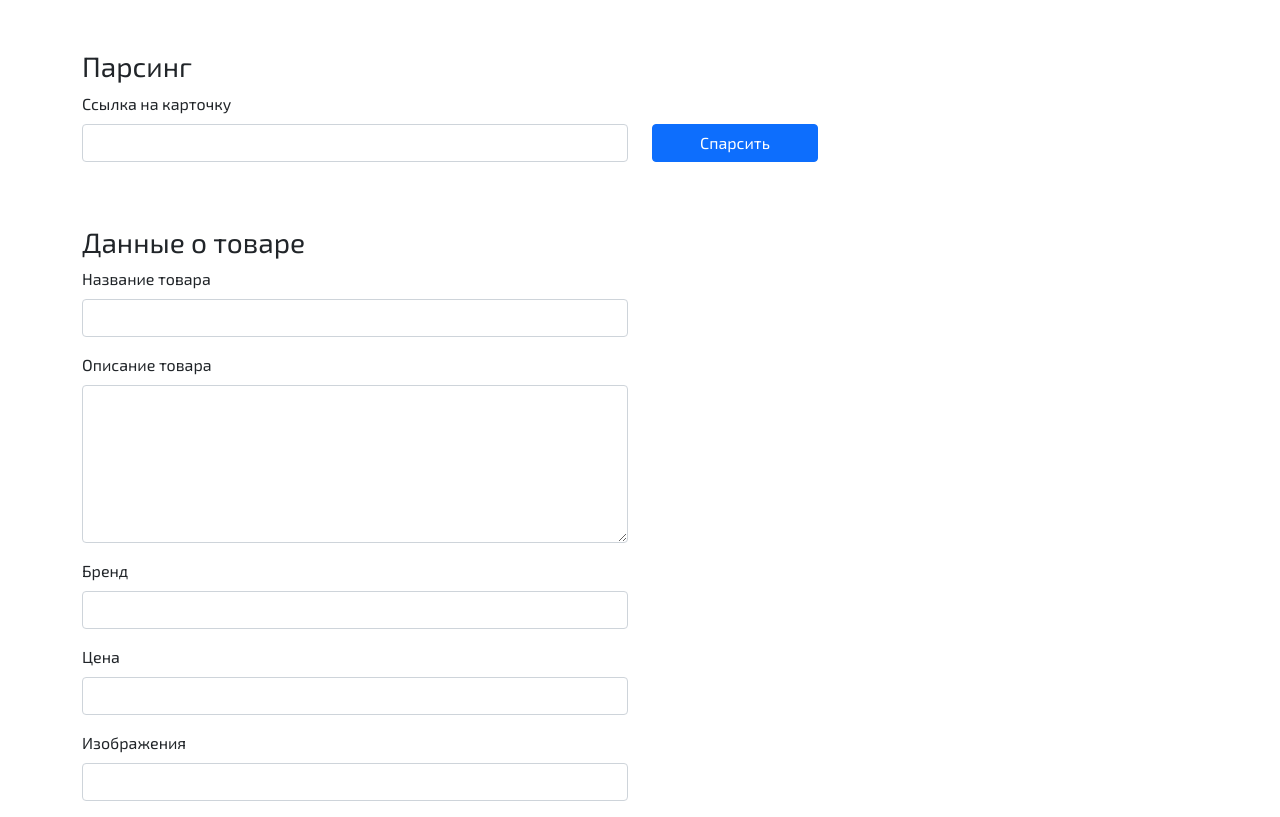
Repository: yozuul/wildberries-product-card-parser-api-exchange
Page: public/index.html
The author's editor kept a copy of each file at every save. The page is drawn from the files as they stood at one save, then again after the next save.
The browser window is 1280 px wide. The pictures show the whole page.

Above is the page before, as saved 2021-08-18 20:08:43.

After the next save:
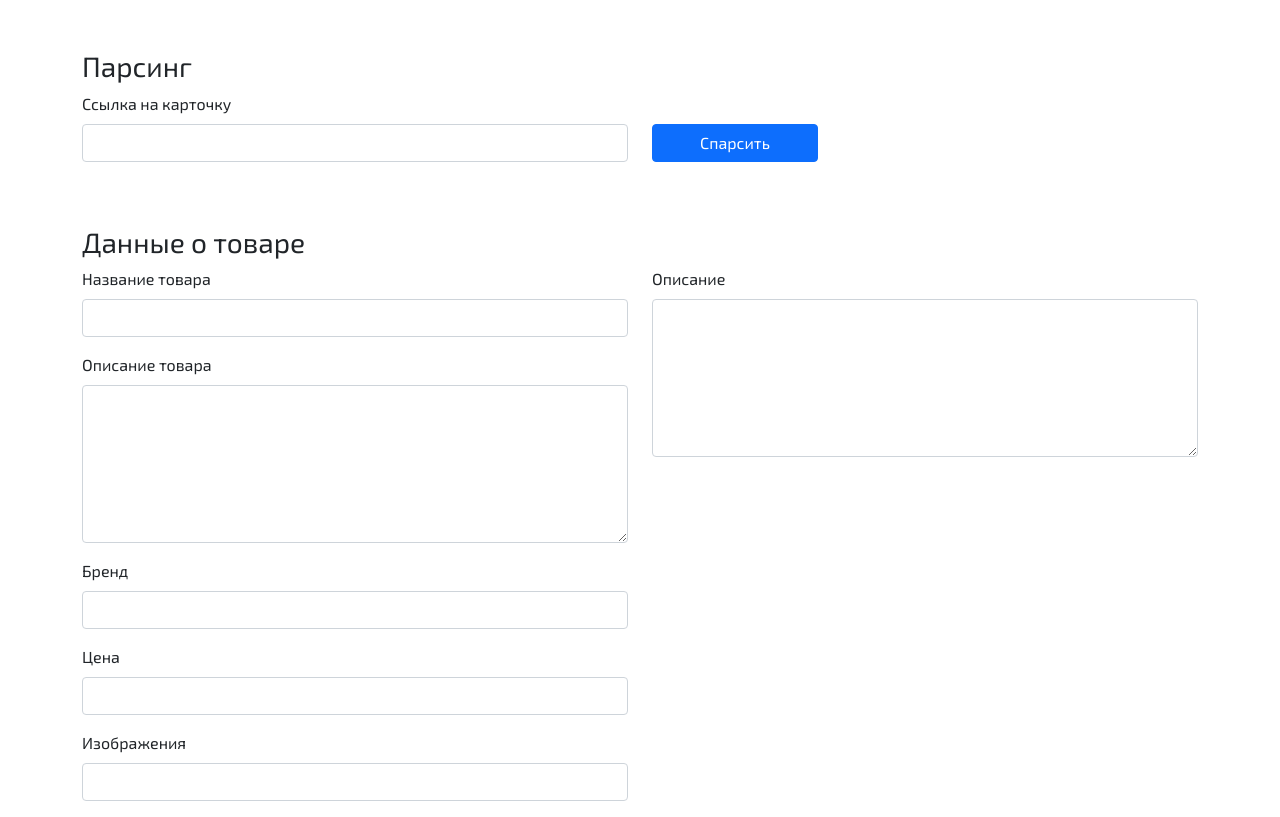
Saved 68 s later.
--- a/public/index.html
+++ b/public/index.html
@@ -47,11 +47,13 @@
                <input type="text" class="form-control" id="productPrice">
             </div>
             <div class="mb-3">
-               <label for="productPrice" class="form-label">Изображения</label>
-               <input type="text" class="form-control" id="productPrice">
+               <label for="productImages" class="form-label">Изображения</label>
+               <input type="text" class="form-control" id="productImages">
             </div>
           </div>
           <div class="col">
+            <label for="productName" class="form-label">Описание</label>
+            <textarea type="text" class="form-control" id="productDesc"  rows="6"></textarea>
           </div>
        </div>
     </form>
